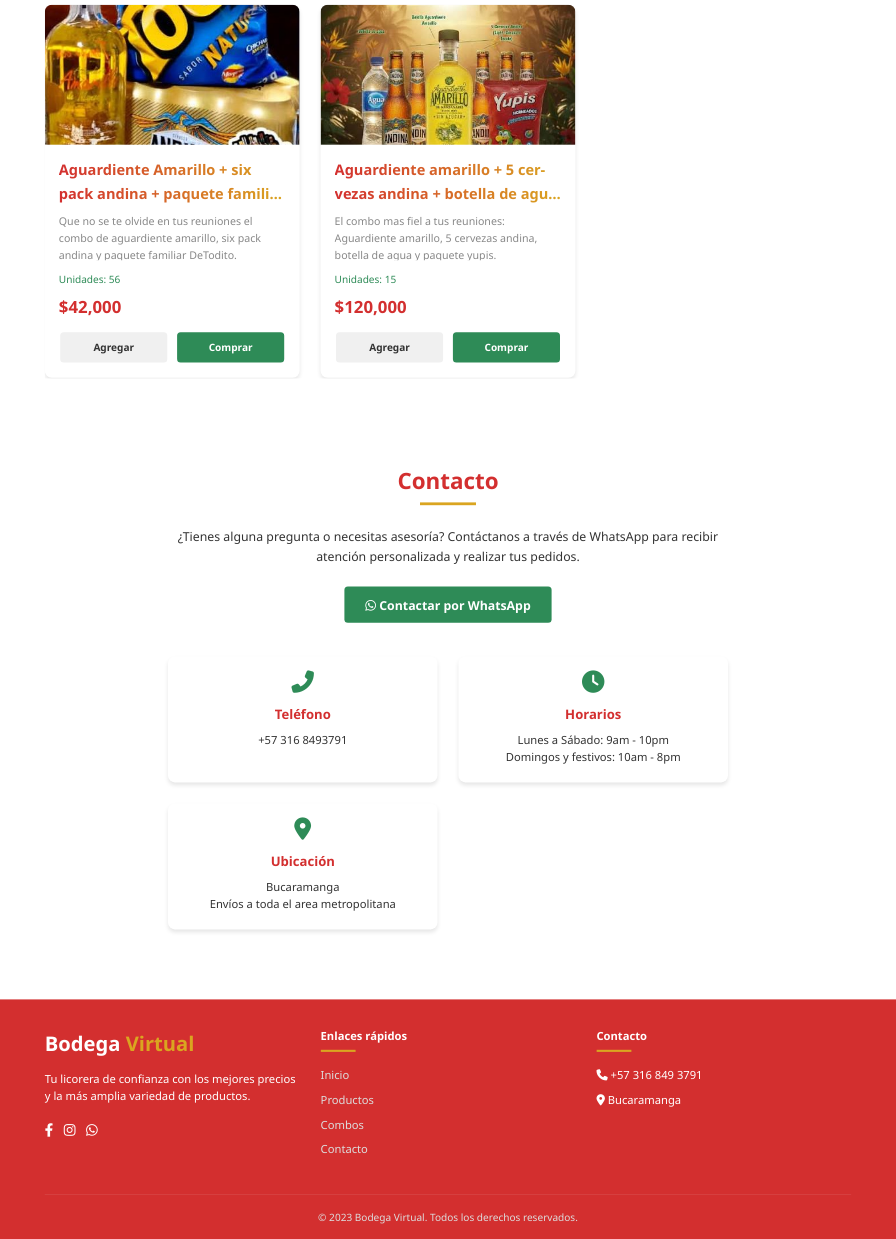
Repository: nicolasardila2002/Bodega-Virtual
Page: index.html
An editor plug-in stored every save of this project. The page is shown before and after a run of saves, followed by the edit.
The browser window is 1280 px wide. The pictures show the part of the page from y = 1874 to 3794 px (the page is 3644 px tall before and 3794 px after), at 70% of full size.

Above is the page before, as saved 2025-12-22 21:58:29.

### index.html
<!DOCTYPE html>
<html lang="es">
<head>
    <meta charset="UTF-8">
    <meta name="viewport" content="width=device-width, initial-scale=1.0">
    <title>Bodega Virtual - Licorera Online</title>
    <link rel="stylesheet" href="style.css">
    <link rel="stylesheet" href="https://cdnjs.cloudflare.com/ajax/libs/font-awesome/6.4.0/css/all.min.css">
    <link rel="icon" type="image/x-icon" href="assets/Logo.png-removebg.png">

    <link rel="icon" href="assets/favicon-bv-amarillo.png" type="image/png">
</head>
<body>
    <!-- Header y navegación -->
    <header>
        <div class="header-container">
            <div class="logo">
                <img src="assets/Logo.png-removebg.png" alt="Bodega Virtual Logo">
                <div class="logo-text">Bodega <span>Virtual</span></div>
            </div>

            <button class="mobile-menu-btn">
                <i class="fas fa-bars"></i>
            </button>

            <nav>
                <ul>
                    <li><a href="#inicio" class="active">Inicio</a></li>
                    <li><a href="#productos">Productos</a></li>
                    <li><a href="#combos">Combos</a></li>
                    <li><a href="#contacto">Contacto</a></li>
                    <li>
                        <div class="cart-icon">
                            <i class="fas fa-shopping-cart"></i>
                            <span class="cart-count">0</span>
                        </div>
                    </li>
                </ul>
            </nav>
        </div>
    </header>

    <!-- Hero section -->
    <section class="hero" id="inicio">
        <h1>Los mejores licores al mejor precio</h1>
        <p>Descubre nuestra amplia selección de bebidas y combos especiales. Envío rápido y seguro a toda la ciudad.</p>
        <a href="#productos" class="btn">Ver productos</a>
    </section>

    <!-- Sección de productos individuales -->
    <section id="productos">
        <h2 class="section-title">Productos Individuales</h2>
        <div class="products-container" id="individual-products">
            <!-- Los productos se cargarán dinámicamente con JavaScript -->
        </div>
    </section>

    <!-- Sección de combos -->
    <section id="combos">
        <h2 class="section-title">Combos Especiales</h2>
        <div class="products-container" id="combo-products">
            <!-- Los combos se cargarán dinámicamente con JavaScript -->
        </div>
    </section>

    <!-- Sección de contacto -->
    <section id="contacto">
        <h2 class="section-title">Contacto</h2>
        <div class="contact-container">
            <p class="contact-description">¿Tienes alguna pregunta o necesitas asesoría? Contáctanos a través de WhatsApp para recibir atención personalizada y realizar tus pedidos.</p>
            <a href="https://wa.me/573168493791?text=Hola,%20me%20interesa%20hacer%20un%20pedido" class="btn" target="_blank" id="whatsapp-contact">
                <i class="fab fa-whatsapp"></i> Contactar por WhatsApp
            </a>
            <div class="contact-info-grid">
                <div class="contact-card">
                    <i class="fas fa-phone-alt"></i>
                    <h3>Teléfono</h3>
                    <p>+57 316 8493791</p>
                </div>
                <div class="contact-card">
                    <i class="fas fa-clock"></i>
                    <h3>Horarios</h3>
                    <p>Lunes a Sábado: 9am - 10pm</p>
                    <p>Domingos y festivos: 10am - 8pm</p>
                </div>
                <div class="contact-card">
                    <i class="fas fa-map-marker-alt"></i>
                    <h3>Ubicación</h3>
                    <p>Bucaramanga</p>
                    <p>Envíos a toda el area metropolitana</p>
                </div>
            </div>
        </div>
    </section>

    <!-- Carrito de compras -->
    <div class="cart-sidebar">
        <div class="cart-header">
            <h3>Tu Carrito</h3>
            <button class="close-cart"><i class="fas fa-times"></i></button>
        </div>
        <div class="cart-items">
            <!-- Los items del carrito se agregarán dinámicamente -->
        </div>
        <div class="cart-total">
            <span>Total:</span>
            <span id="cart-total-price">$0</span>
        </div>
        <div class="cart-actions">
            <button class="btn" id="checkout-btn">Finalizar Compra</button>
            <button class="btn" id="clear-cart">Vaciar Carrito</button>
        </div>
    </div>

    <!-- Overlay para el carrito -->
    <div class="overlay"></div>

    <!-- Modal para datos del cliente -->
    <div class="customer-modal">
        <h3>¡Antes de finalizar!</h3>
        <p>Para mejorar tu experiencia y ofrecerte mejores ofertas, por favor ingresa tus datos:</p>
        <form id="customer-form">
            <div class="form-group">
                <label for="customer-name">Nombre completo *</label>
                <input type="text" id="customer-name" required>
            </div>
            <div class="form-group">
                <label for="customer-phone">Número de teléfono *</label>
                <input type="tel" id="customer-phone" required>
            </div>
            <div class="modal-buttons">
                <button type="button" class="btn btn-secondary" id="skip-data">Omitir</button>
                <button type="submit" class="btn">Continuar con WhatsApp</button>
            </div>
        </form>
    </div>

    <!-- Footer -->
    <footer>
        <div class="footer-container">
            <div class="footer-section">
                <div class="footer-logo">Bodega <span>Virtual</span></div>
                <p>Tu licorera de confianza con los mejores precios y la más amplia variedad de productos.</p>
                <div class="social-icons">
                    <a href="#"><i class="fab fa-facebook-f"></i></a>
                    <a href="#"><i class="fab fa-instagram"></i></a>
                    <a href="#"><i class="fab fa-whatsapp"></i></a>
                </div>
            </div>
            <div class="footer-section">
                <h4>Enlaces rápidos</h4>
                <ul>
                    <li><a href="#inicio">Inicio</a></li>
                    <li><a href="#productos">Productos</a></li>
                    <li><a href="#combos">Combos</a></li>
                    <li><a href="#contacto">Contacto</a></li>
                </ul>
            </div>
            <div class="footer-section">
                <h4>Contacto</h4>
                <ul>
                    <li><i class="fas fa-phone"></i> +57 316 849 3791</li>
                    <!-- <li><i class="fas fa-envelope"></i> info@bodegavirtual.com</li> -->
                    <li><i class="fas fa-map-marker-alt"></i> Bucaramanga</li>
                </ul>
            </div>
        </div>
        <div class="copyright">
            &copy; 2023 Bodega Virtual. Todos los derechos reservados.
        </div>
    </footer>

    <script>
// Código de emergencia para forzar que el carrito esté oculto

// Código de emergencia MEJORADO - Solo se ejecuta si realmente hay problemas
(function() {
    // Esperar a que todo cargue
    setTimeout(function() {
        const cartIcon = document.querySelector('.cart-icon');
        const cartSidebar = document.querySelector('.cart-sidebar');

        // Solo intervenir si el icono del carrito no responde
        if (cartIcon && cartSidebar) {
            let clickCount = 0;

            // Verificar si el carrito ya tiene listeners
            const hasListeners = typeof cartIcon._hasListeners !== 'undefined';

            if (!hasListeners) {
                console.log('Activando carrito de emergencia mejorado');

                // Listener simple y directo
                cartIcon.addEventListener('click', function(e) {
                    e.preventDefault();
                    e.stopPropagation();
                    console.log('EMERGENCIA: Abriendo carrito');

                    // Alternar clase 'active' en carrito y overlay
                    cartSidebar.classList.toggle('active');
                    const overlay = document.querySelector('.overlay');
                    if (overlay) overlay.classList.toggle('active');

                    // Contar clicks para debugging
                    clickCount++;
                    console.log('Clicks de emergencia:', clickCount);

                    return false;
                }, true); // Usar capture para prioridad

                // Marcar que ya tiene listeners
                cartIcon._hasListeners = true;

                // Asegurar que sea clickeable
                cartIcon.style.cursor = 'pointer';
                cartIcon.style.pointerEvents = 'auto';
            }
        }
    }, 2000); // Esperar 2 segundos antes de intervenir
})();
</script>

    <script src="script.js"></script>

</body>
</html>

Loaded but not shown: productos.json (74 lines, source omitted); script.js (630 lines, source omitted); style.css (1154 lines, source omitted)

After the next 2 saves:
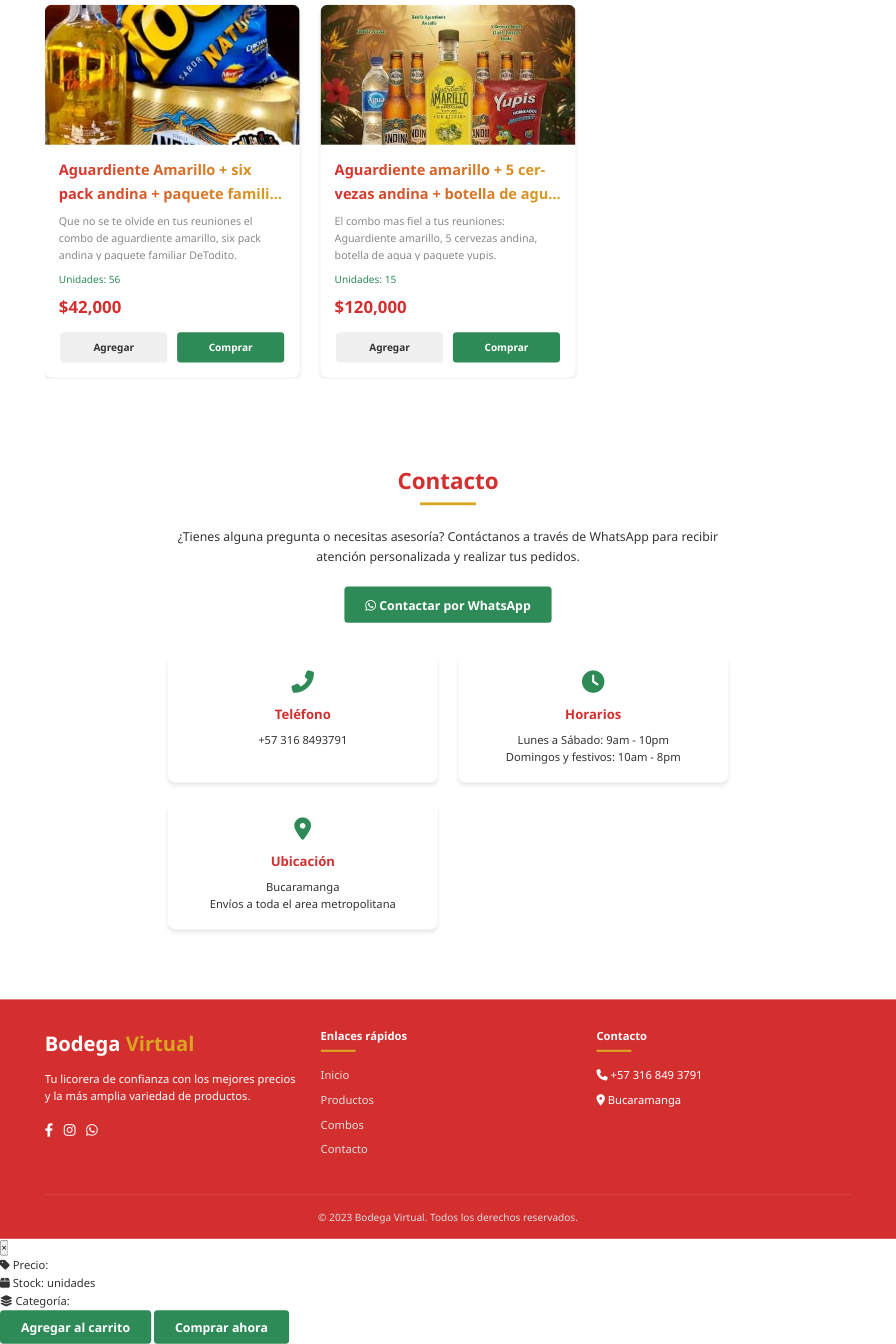
The 2 saves are shown as one change because they came seconds apart.
The last was saved 5 min 28 s later.
--- a/index.html
+++ b/index.html
@@ -169,6 +169,44 @@
             &copy; 2023 Bodega Virtual. Todos los derechos reservados.
         </div>
     </footer>
+        <!-- Modal para detalles del producto -->
+    <div class="product-modal">
+        <div class="product-modal-content">
+            <button class="close-product-modal">&times;</button>
+
+            <div class="modal-product-image">
+                <img id="modal-product-img" src="" alt="">
+            </div>
+
+            <div class="modal-product-info">
+                <h2 id="modal-product-name"></h2>
+                <p id="modal-product-description" class="modal-description"></p>
+
+                <div class="modal-product-details">
+                    <div class="detail-item">
+                        <i class="fas fa-tag"></i>
+                        <span>Precio: <strong id="modal-product-price"></strong></span>
+                    </div>
+                    <div class="detail-item">
+                        <i class="fas fa-box"></i>
+                        <span>Stock: <strong id="modal-product-stock"></strong> unidades</span>
+                    </div>
+                    <div class="detail-item">
+                        <i class="fas fa-layer-group"></i>
+                        <span>Categoría: <strong id="modal-product-category"></strong></span>
+                    </div>
+                </div>
+
+                <div class="modal-product-actions">
+                    <button class="btn" id="modal-add-to-cart">Agregar al carrito</button>
+                    <button class="btn btn-primary" id="modal-buy-now">Comprar ahora</button>
+                </div>
+            </div>
+        </div>
+    </div>
+
+    <!-- Overlay para el efecto blur del modal de producto -->
+    <div class="modal-overlay"></div>
 
     <script>
 // Código de emergencia para forzar que el carrito esté oculto
